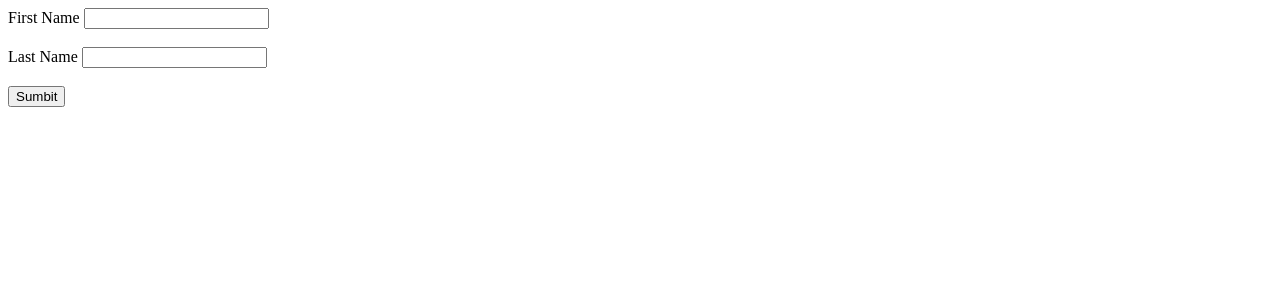
Repository: Fariaddd/codefactor-stylesheet
Page: index.html
The author's editor kept a copy of each file at every save. The page is drawn from the files as they stood at one save, then again after the next save.
The browser window is 1280 px wide. The pictures show the whole page.

Above is the page before, as saved 2021-11-17 19:37:03.

After the next save:
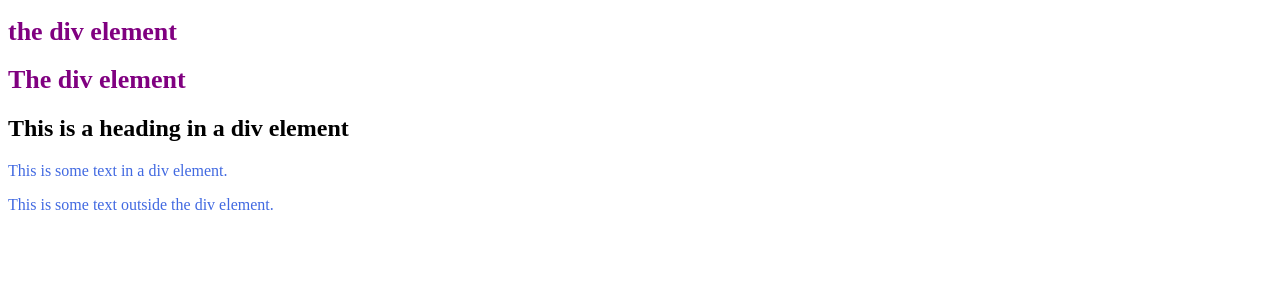
Saved 111 s later.
--- a/index.html
+++ b/index.html
@@ -8,14 +8,17 @@
     <link rel="stylesheet" href="./styles/styles.css" />
   </head>
   <body>
-    <form action="/action_page.php">
-      <label for="firstname">First Name</label>
-      <input type="text" id="firstname" name="firstname" /><br /><br />
-      <label for="lastname">Last Name</label>
-      <input type="text" id="lastname" name="lastname" /><br /><br />
-      <input type="submit" value="Sumbit" />
+    <h1> the div element</h1>
 
-    </form>
+
+<h1>The div element</h1>
+
+<div class="myDiv">
+  <h2>This is a heading in a div element</h2>
+  <p>This is some text in a div element.</p>
+</div>
+
+<p>This is some text outside the div element.</p>
 
 
     </nav>
